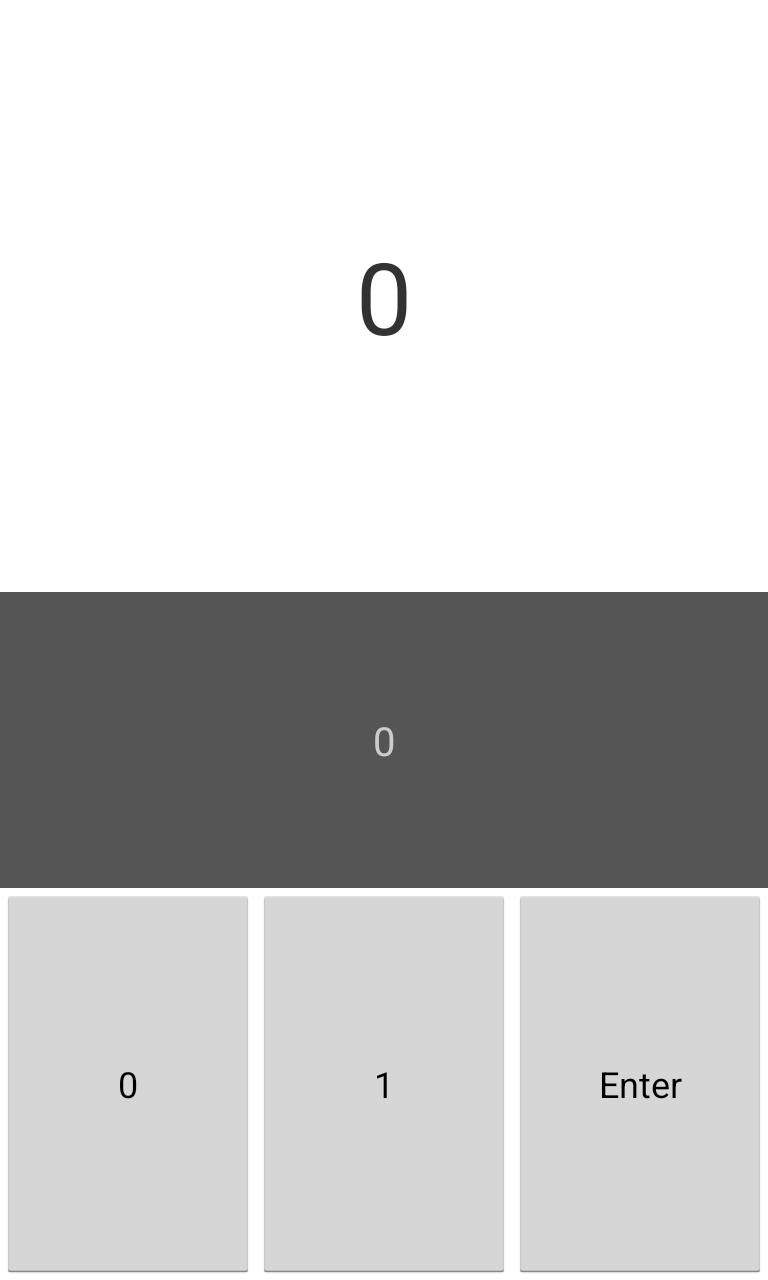
Repository: Wenfeng-GAO/Android-AppLites
Layout: RemoteControl/res/layout/fragment_remote_control.xml
These files come from the project's save history. The layout is drawn as it stood at one moment and after the next save; the edit follows.
It is drawn on a 768 x 1280 px phone screen (xhdpi) without system bars, with theme AppTheme; the app's code is not run.

Above is the layout before, as saved 2014-12-22 18:36:10.

After the next save:
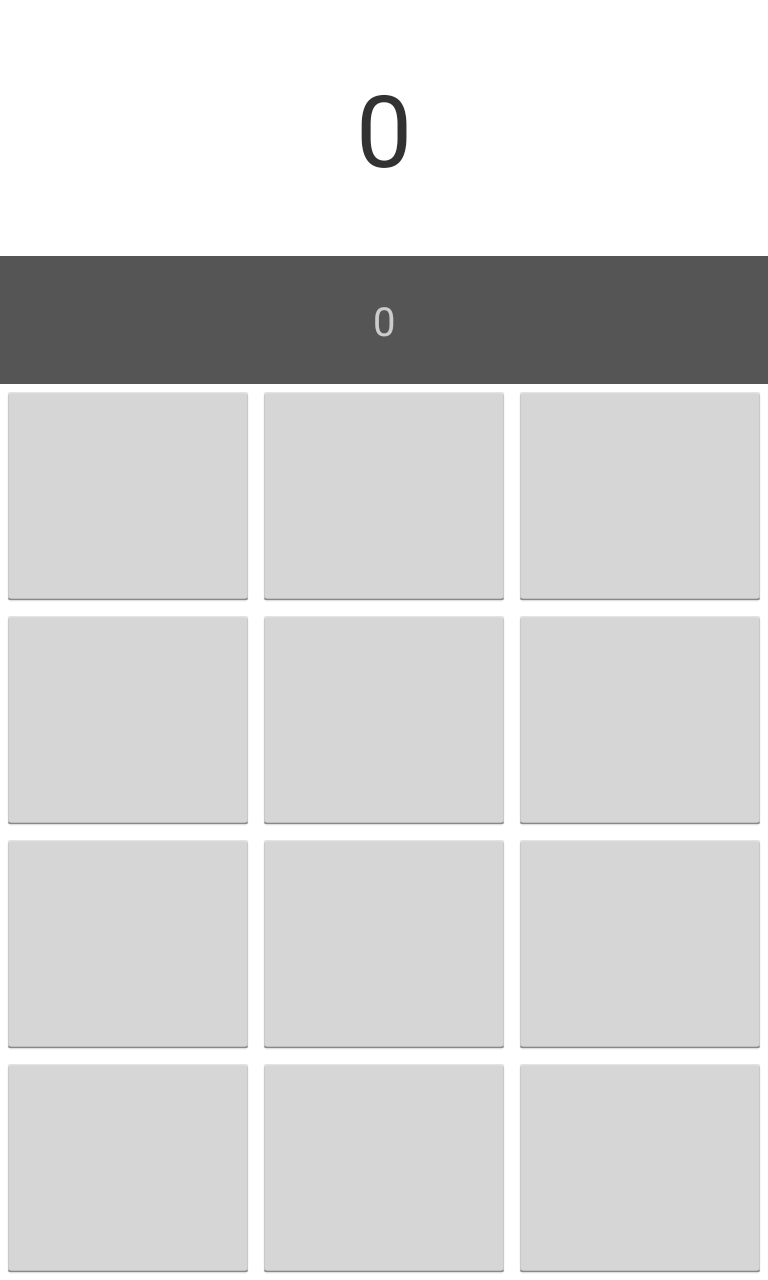
Saved 16 min 40 s later.
--- a/RemoteControl/res/layout/fragment_remote_control.xml
+++ b/RemoteControl/res/layout/fragment_remote_control.xml
@@ -21,19 +21,16 @@
     android:text="0"
     android:textColor="#ccc"
     android:textSize="20dp" />
-<TableRow
-    android:layout_weight="1" >
-    <Button
-        android:id="@+id/button_zero_fragment_remote_control"
-        style="@style/RemoteButton"
-        android:text="0" />
-    <Button
-        android:id="@+id/button_one_fragment_remote_control"
-        style="@style/RemoteButton"
-        android:text="1" />
-    <Button
-        android:id="@+id/button_enter_fragment_remote_control"
-        style="@style/RemoteButton"
-        android:text="Enter" />
-</TableRow>
+<include
+    android:layout_weight="1"
+    layout="@layout/button_row" />
+<include
+    android:layout_weight="1"
+    layout="@layout/button_row" />
+<include
+    android:layout_weight="1"
+    layout="@layout/button_row" />
+<include
+    android:layout_weight="1"
+    layout="@layout/button_row" />
 </TableLayout>
